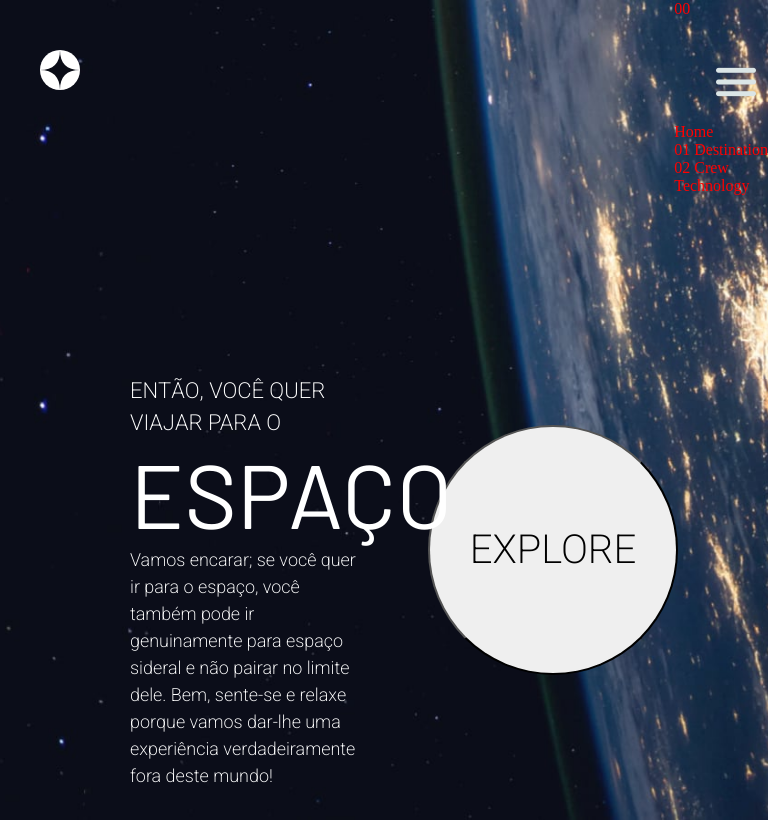
Repository: Leonngc/space-site
Page: space-tourism-website-main/space-tourism-website-main/starter-code/index.html
These files come from the project's save history. The page is drawn as it stood at one moment and after the next save; the edit follows.
The browser window is 768 px wide. The pictures show the whole page.
Some web libraries are served in a nearby version.

Above is the page before, as saved 2023-04-29 16:25:41.

### space-tourism-website-main/space-tourism-website-main/starter-code/index.html
<!DOCTYPE html>
<html lang="pt-br">
<head>
  <meta charset="UTF-8">
  <meta name="viewport" content="width=device-width, initial-scale=1.0">
  <link rel="icon" type="image/png" sizes="32x32" href="./assets/favicon-32x32.png">
  <link rel="stylesheet" href="styles/menu.css">
  <link rel="stylesheet" href="styles/home.css">
  <!-- CDN FLATICON-->
  <link rel='stylesheet' href='https://cdn-uicons.flaticon.com/uicons-bold-rounded/css/uicons-bold-rounded.css'>
  <title>Frontend Mentor | Space tourism website</title>
</head>
<body>

  <header>
    <img src="assets/shared/logo.svg" alt="" class="logo">
    <div class="line"></div>

    <ul class="menu">
    <li class="item-menu active"><a href="#">00 Home</a></li>
    <li class="item-menu"><a href="#">01 Destination</a></li>
    <li class="item-menu"><a href="#">02 Crew</a></li>
    <li class="item-menu"><a href="#">03 Technology</a></li>
    </ul>


    <div class="menu-mobile-container">
      <button class="burguer-button"><i class="fi fi-br-menu-burger"></i></button>
      <ul class="menu-mobile">

        <li class="item-menu-mobile">00 Home</li>
        <li class="item-menu-mobile">01 Destination</li>
        <li class="item-menu-mobile">02 Crew</li>
        <li class="item-menu-mobile">Technology</li>
      </ul>
    </div>
  </header>

<div class="container-button">
    <button>Explore</button>
  </div>
<div class="text-box">
    <span>Então, você quer viajar para o</span>
    <h1>Espaço</h1>
    <p>
      Vamos encarar; se você quer ir para o espaço, você também pode ir genuinamente para
      espaço sideral e não pairar no limite dele. Bem, sente-se e relaxe
      porque vamos dar-lhe uma experiência verdadeiramente fora deste mundo!
    </p>
</div>



</body>
</html>

### space-tourism-website-main/space-tourism-website-main/starter-code/styles/menu.css
@import url('https://fonts.googleapis.com/css2?family=Heebo:wght@200&display=swap');

*{
    padding: 0;
    margin: 0;
}

header{
    display: flex;
    justify-content: space-between;
}

.menu{
    margin-top: 20px;
    display: flex;
    width: 90vw ;
    height: 12vh;
    position: relative;
    justify-content: space-between;
    list-style: none;
    background: rgba(255, 255, 255, 0.21);
    background: rgba(255, 255, 255, 0.08);
    box-shadow: 0 4px 30px rgba(0, 0, 0, 0.1);
    backdrop-filter: blur(5px);
    -webkit-backdrop-filter: blur(5px);
}

.item-menu{
    margin: auto;

}

.item-menu a{
    text-decoration: none;
    font-family: 'Heebo', sans-serif;
    color: white;
}

.active{
  border-bottom: 3px solid white;
}

.line{
    background-color:  rgba(255, 255, 255, 0.21);

    height: 2px;
    width: 1110px;
    margin-top: 68px;
    margin-left: 30px;
}

.logo{
    margin-top: 30px;
    margin-left: 20px;
    width: 40px;
    height: 40px;
    padding: 20px;
}

@media screen and (max-width: 900px){
    .menu{
        display: none;
    }

    .line{
        display: none;
    }


    .burguer-button {
        font-size: 40px;
        background-color: rgba(255, 255, 255, 0);
        color: #dbe5e6;
        border: none;
        margin-top: 50px;
        float: right;
        padding: 12px;
    }
    .menu-mobile{
        list-style: none;
        color: red;
    }

}

### space-tourism-website-main/space-tourism-website-main/starter-code/styles/home.css
@import url('https://fonts.googleapis.com/css2?family=Barlow&display=swap');
@import url('https://fonts.googleapis.com/css2?family=Heebo:wght@200&display=swap');
/*  font-family: 'Barlow', sans-serif;
    font-family: 'Heebo', sans-serif;
*/

:root{
    --title-font: 'Barlow';
    --paragraph-font: 'Heebo';
}

body{
    background-image: url(../assets/home/background-home-desktop.jpg);
    background-size: cover;
    background-position: center center;
}


.text-box{
    margin-top: 150px;
    padding: 30px;
    margin-left: 100px;
    width: 30vw;
    color: white;
}

span{
    font-family: var(--paragraph-font);
    font-size: 22px;
    text-transform: uppercase;
}

h1{
    font-family: var(--title-font);
    font-size: 90px;
    font-weight: 200;
    text-transform: uppercase;
}

p{
    font-family: var(--paragraph-font), sans-serif;
    font-size: 18px;
}

.container-button{
    float: right;
    margin-top: 230px;
    margin-right: 90px;
    margin-bottom: 30px;
}

.container-button button{
    width: 250px;
    height: 250px;
    border-radius: 50%;
    font-size: 40px;
    font-family: var(--paragraph-font);
    font-weight: 200;
    text-transform: uppercase;
}

After the next save:
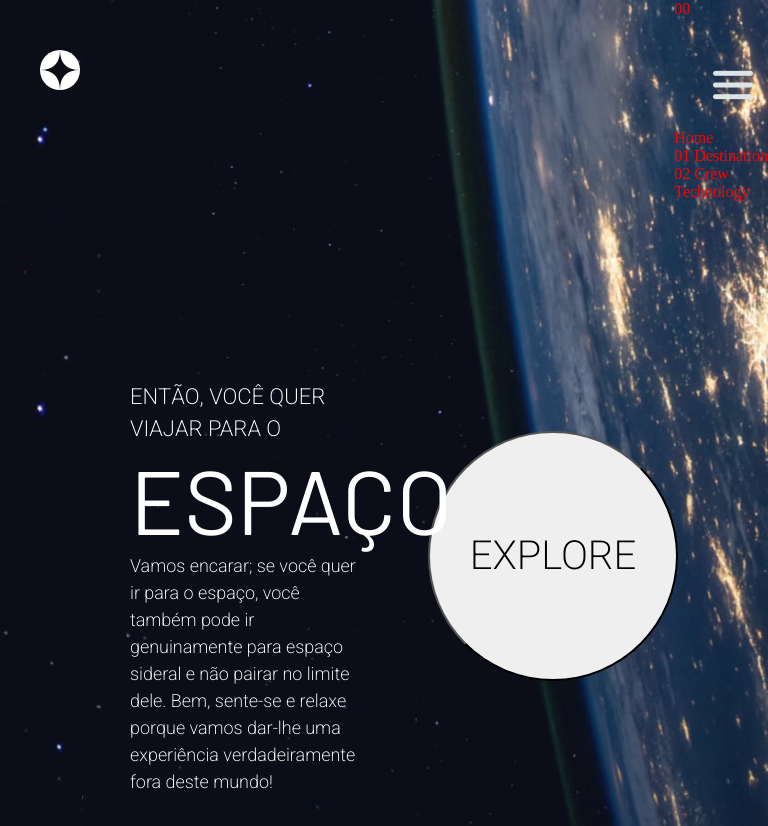
Saved 4 s later.
--- a/space-tourism-website-main/space-tourism-website-main/starter-code/styles/menu.css
+++ b/space-tourism-website-main/space-tourism-website-main/starter-code/styles/menu.css
@@ -74,7 +74,7 @@ header{
         border: none;
         margin-top: 50px;
         float: right;
-        padding: 12px;
+        padding: 15px;
     }
     .menu-mobile{
         list-style: none;
